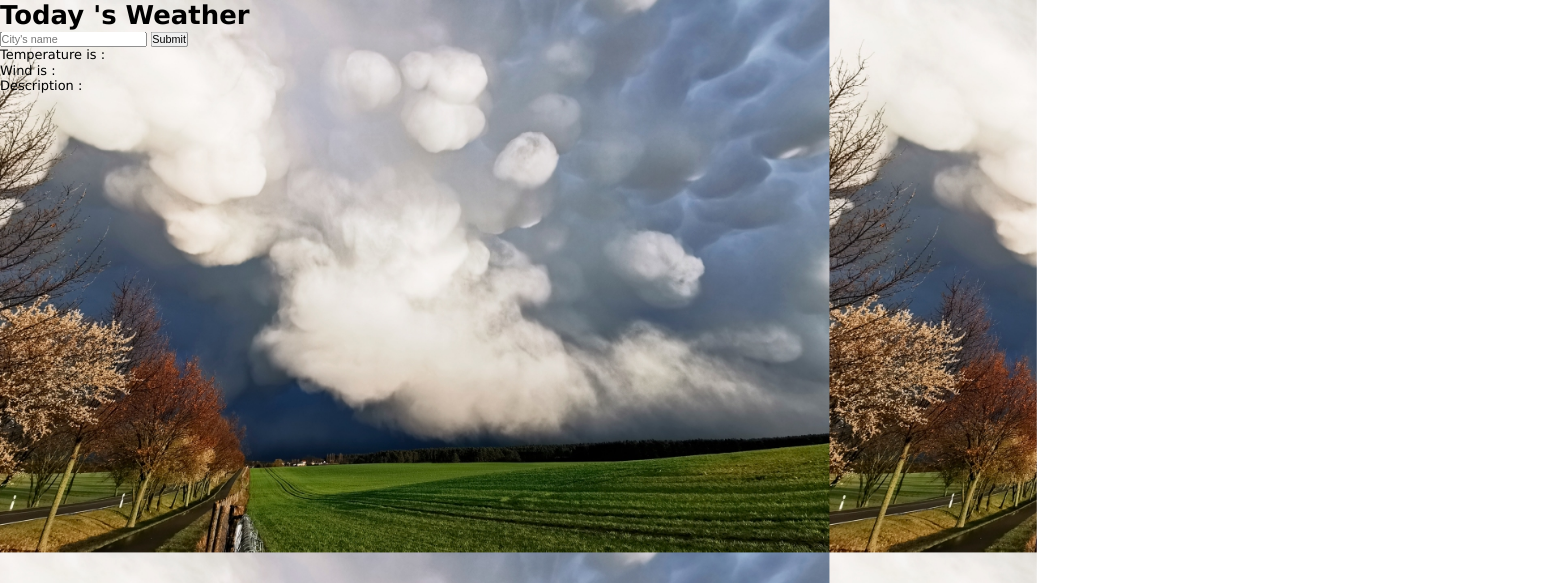
Repository: heartbreathing/searchWeather
Page: index.html
The author's editor kept a copy of each file at every save. The page is drawn from the files as they stood at one save, then again after a run of saves.
The browser window is 1280 px wide. The page is 1280 px wide, then 1920 px, so the pictures cover 1920 px, including what lies to the right of the window. The pictures show the whole page, at 81% of full size.

Above is the page before, as saved 2022-11-06 22:22:10.

### index.html
<!DOCTYPE html>
<html lang="en">
  <head>
    <meta charset="UTF-8" />
    <meta http-equiv="X-UA-Compatible" content="IE=edge" />
    <meta name="viewport" content="width=device-width, initial-scale=1.0" />
    <title>search_weather</title>
    <link rel="stylesheet" href="index.css">
  </head>
  <body>
    <div class="content">
      <h1><span class="name">Today</span> 's Weather</h1>
      <form class="form">
        <input type="text" name="name" placeholder="City's name" />
        <button type="submit">Submit</button>
      </form>
      <p>Temperature is : <span class="temperature"></span></p>
      <p>Wind is :<span class="wind"></span></p>
      <p>Description :<span class="description"></span></p>
    </div>

  <script src="index.js"></script>


  </body>
</html>

### index.css
* {
    margin: 0;
    padding: 0;
    box-sizing: border-box ;
}
body {
    background-image: url(./image/background_image.jpg) ;
    font-family: 'Lucida Sans', 'Lucida Sans Regular', 'Lucida Grande', 'Lucida Sans Unicode', Geneva, Verdana, sans-serif ;
}
.content {
    top:50%;
    left:50%;

}

### index.js
    "use strict";
      let form = document.querySelector('.form');
      let city;

      async function getData() {
        let res = await fetch(
          `https://goweather.herokuapp.com/weather/${city}`
        );
        const data = await res.json();

        const temp = document.querySelector('.temperature');
        const wind = document.querySelector('.wind');
        const forecast = document.querySelector('.content');
        const description = document.querySelector('.description');

        temp.innerHTML = data.temperature;
        wind.innerHTML = data.wind;
        description.innerHTML = data.description;
      }

      form.addEventListener('submit', function (event) {
        event.preventDefault();
        city = this.elements.name.value;
        getData();
      });

After the next 5 saves:
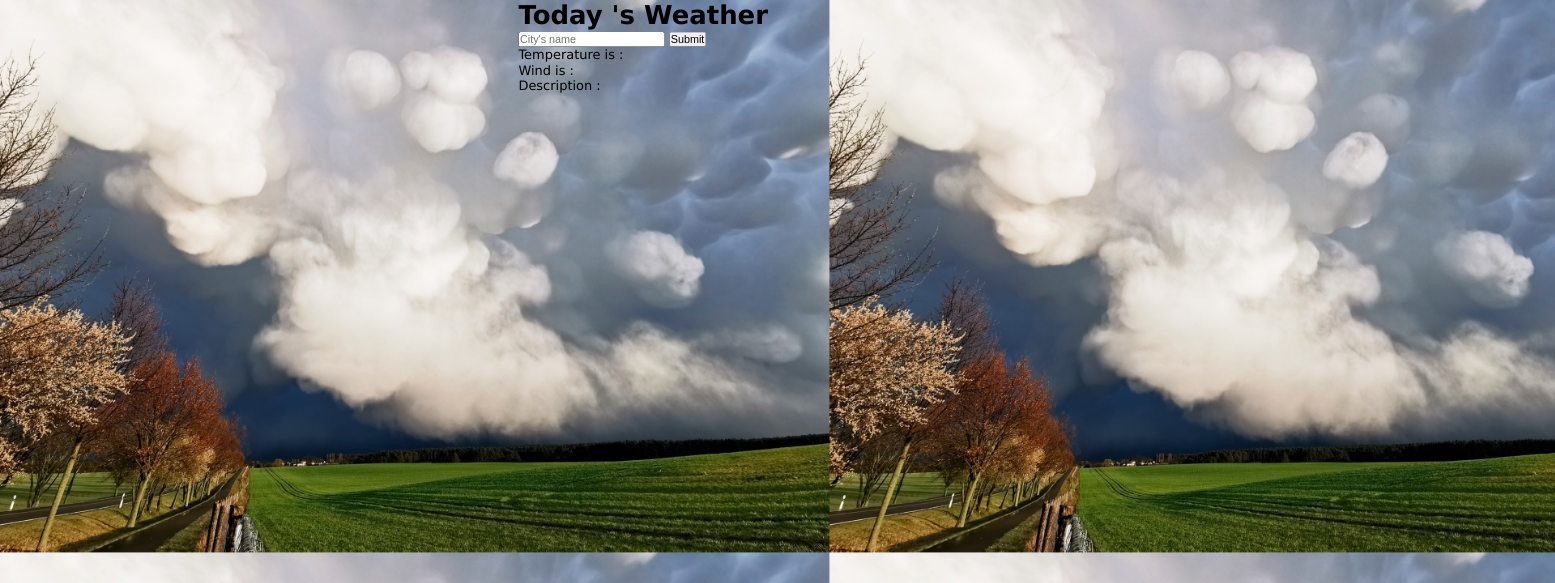
The 5 saves are shown as one change because they came seconds apart.
The last was saved 99 s later.
--- a/index.css
+++ b/index.css
@@ -10,5 +10,5 @@ body {
 .content {
     top:50%;
     left:50%;
-
+    transform: translate(+50%);
 }
